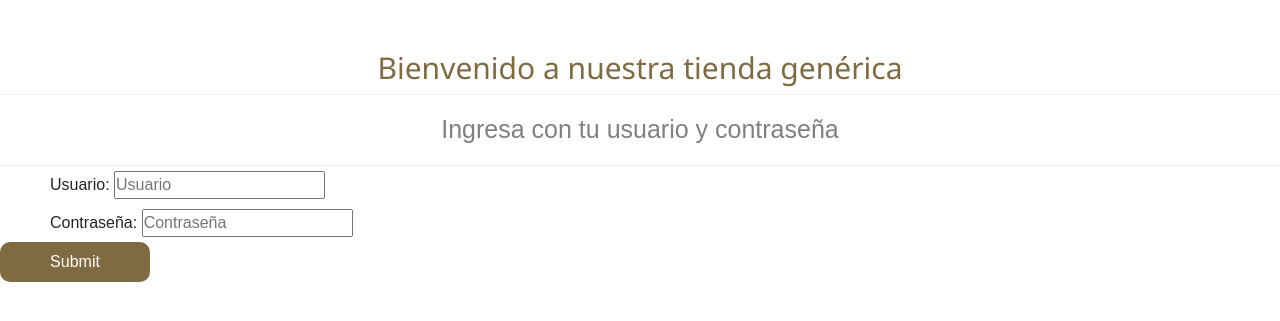
Repository: andresrojas686/tiendaGenericaMintic
Page: primerJSP/src/main/webapp/index.html
These files come from the project's save history. The page is drawn as it stood at one moment and after the next save; the edit follows.
The browser window is 1280 px wide. The pictures show the whole page.

Above is the page before, as saved 2021-09-15 15:28:20.

After the next save:
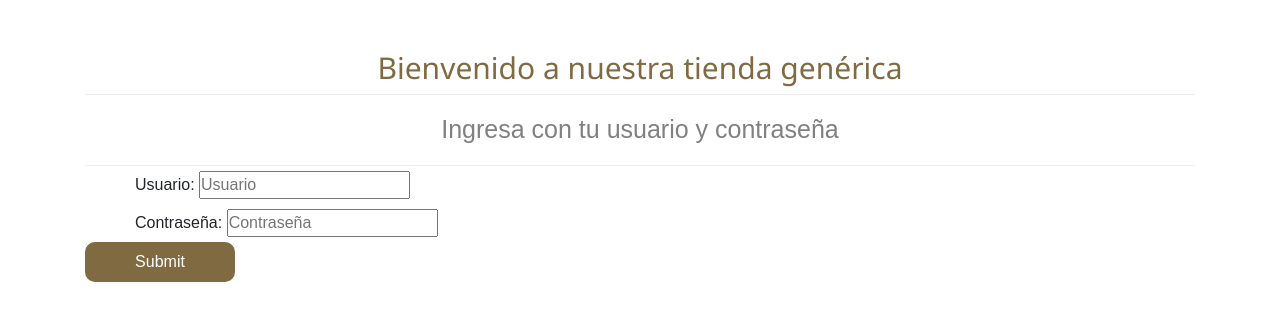
Saved 27 s later.
--- a/primerJSP/src/main/webapp/index.html
+++ b/primerJSP/src/main/webapp/index.html
@@ -8,23 +8,25 @@
 </head>
 <body>
 	<section class="main">
-		<h1 class="titulo-tienda">Bienvenido a nuestra tienda genérica</h1>
-		<div class="border-top border-bottom py-3">
-			<p class="ingresa">Ingresa con tu usuario y contraseña</p>
-	    </div>
-		<form action="comprobarUsuario.jsp" method="post">
-			<div>
-				<label>Usuario: </label>
-				<input type="text" name="usuario" placeholder="Usuario">
-			</div>
-			<div>
-				<label>Contraseña: </label>
-				<input type="password" name="pass" placeholder="Contraseña">
-			</div>
-			<div>
-				<input type="submit" class="botones-usuario">
-			</div>
-		</form>
+		<div class="container">
+			<h1 class="titulo-tienda">Bienvenido a nuestra tienda genérica</h1>
+			<div class="border-top border-bottom py-3">
+				<p class="ingresa">Ingresa con tu usuario y contraseña</p>
+		    </div>
+			<form action="comprobarUsuario.jsp" method="post">
+				<div>
+					<label>Usuario: </label>
+					<input type="text" name="usuario" placeholder="Usuario">
+				</div>
+				<div>
+					<label>Contraseña: </label>
+					<input type="password" name="pass" placeholder="Contraseña">
+				</div>
+				<div>
+					<input type="submit" class="botones-usuario">
+				</div>
+			</form>
+		</div>
 	</section>
 </body>
 </html>
